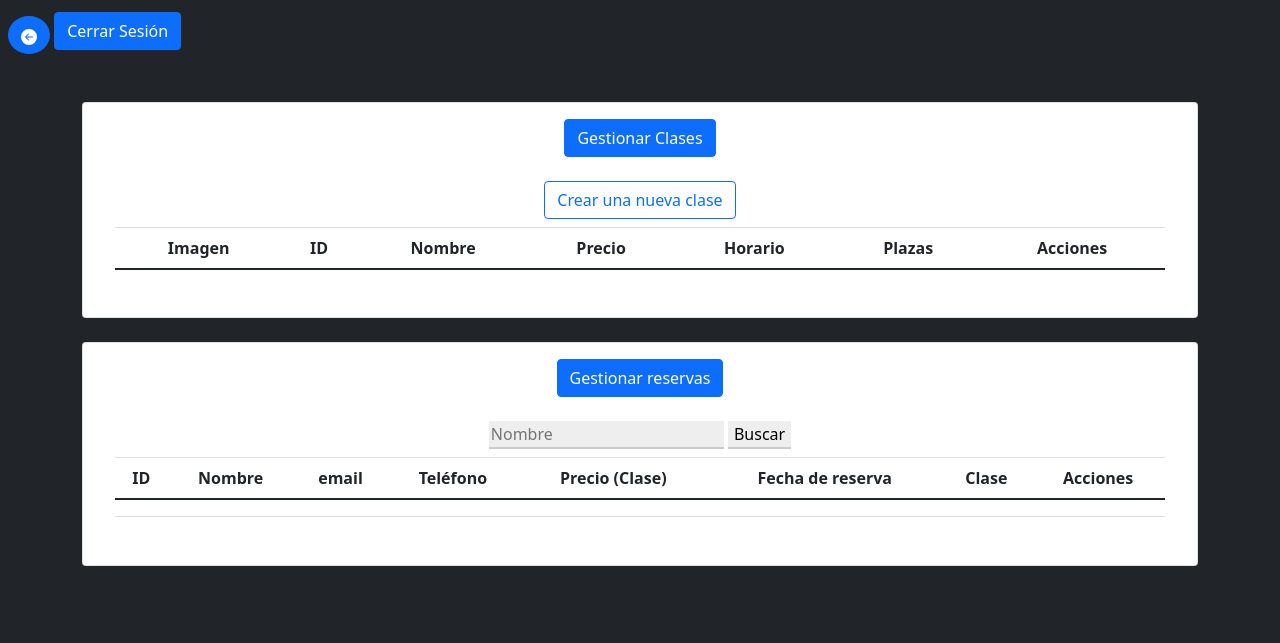
Repository: gcvictor22/ProyectoFinal1DAM
Page: http://localhost/gestionar
An editor plug-in stored every save of this project. The page is shown before and after the next save, followed by the edit.
The browser window is 1280 px wide. The pictures show the whole page.
The page is this project's Thymeleaf template; nobody is signed in. The template is opened directly, without the code that normally fills it, so the values that code supplies are empty.

Above is the page before, as saved 2022-06-01 06:35:29.
Console error: TypeError: Cannot read properties of null (reading 'style')

### ProyectoFinalSTS/src/main/resources/templates/gestionar.html
<!DOCTYPE html>
<html lang="es" xmlns:th="http://www.thymeleaf.org" xmlns:sec="http://www.thymeleaf.org/extras/spring-security">

<head>
	<meta charset="UTF-8">
	<meta http-equiv="X-UA-Compatible" content="IE=edge">
	<meta name="viewport" content="width=device-width, initial-scale=1.0">
	<title>Fit&Go · Gestionar</title>
	<link rel="icon" class="rounded" href="../img/FIT&GO.png">
	<!-- CSS only -->
	<link href="https://cdn.jsdelivr.net/npm/bootstrap@5.1.3/dist/css/bootstrap.min.css" rel="stylesheet"
		integrity="sha384-1BmE4kWBq78iYhFldvKuhfTAU6auU8tT94WrHftjDbrCEXSU1oBoqyl2QvZ6jIW3" crossorigin="anonymous">
	<!-- JavaScript Bundle with Popper -->
	<script src="https://cdn.jsdelivr.net/npm/bootstrap@5.1.3/dist/js/bootstrap.bundle.min.js"
		integrity="sha384-ka7Sk0Gln4gmtz2MlQnikT1wXgYsOg+OMhuP+IlRH9sENBO0LRn5q+8nbTov4+1p" crossorigin="anonymous">
		</script>
	<link rel="stylesheet" href="../css/index.css">
</head>

<body class="bg-dark p-2" id=bodyGestionar>
	<header class="w-100">
		<a class="btn btn-primary rounded-circle sticky-top mt-2" th:href="@{/inicio}">
			<svg xmlns="http://www.w3.org/2000/svg" width="16" height="16" fill="currentColor"
				class="bi bi-arrow-left-circle-fill mx-0" viewBox="0 0 16 16">
				<path
					d="M8 0a8 8 0 1 0 0 16A8 8 0 0 0 8 0zm3.5 7.5a.5.5 0 0 1 0 1H5.707l2.147 2.146a.5.5 0 0 1-.708.708l-3-3a.5.5 0 0 1 0-.708l3-3a.5.5 0 1 1 .708.708L5.707 7.5H11.5z" />
			</svg>
		</a>
		<a href="registro.html" th:href="@{/logout}" class="btn btn-primary float-right">Cerrar Sesión</a>
	</header>
	<main>
		<div class="container rounded mt-5">
			<div id="accordion">
				<div class="card p-3 overflow-auto">
					<div class="mx-auto">
						<a class="btn btn-primary" data-bs-toggle="collapse" href="#collapseOne">
							Gestionar Clases
						</a>
					</div>
					<div id="collapseOne" class="collapse show" data-bs-parent="#accordion">
						<div class="card-body">
							<table class="table text-center p-4 bg-white" id="tablaClases">
								<thead>
									<tr>
										<td colspan="7"><a href="formularioCrearEditar.html"
												th:href="@{/gestionar/nueva-clase}"
												class="btn btn-outline-primary mx-auto">Crear una nueva clase</a></td>
									</tr>
									<tr>
										<th scope="col">Imagen</th>
										<th scope="col uppercase">ID</th>
										<th scope="col">Nombre</th>
										<th scope="col">Precio</th>
										<th scope="col">Horario</th>
										<th scope="col">Plazas</th>
										<th scope="col">Acciones</th>
									</tr>
								</thead>
								<tbody>
									<tr>

									</tr>
									<tr th:each="claseGym : ${lista}">
										<td class="w-25"><img src="../img/clasespinning.png"
												th:src="${claseGym.imgClase}" class="rounded w-25" alt=""></td>
										<th scope="row" th:text="${claseGym.id}">1</th>
										<td th:text="${claseGym.nombreClase}">Spinning</td>
										<td th:text="${claseGym.precio}">5.99€</td>
										<td th:text="${claseGym.horario}">12:30-13:30</td>
										<td th:text="${claseGym.plazas}">15</td>
										<td>
											<div class="container-fluid mx-auto row">
												<div class="col-lg-2 col-sm-6"></div>
												<a class="btn btn-outline-primary col-lg-3"
													th:href="@{/gestionar/editar/{id}(id=${claseGym.id})}">Editar</a>
												<div class="col-lg-2 col-sm-0"></div>
												<a type="button" class="btn btn-danger col-lg-3" data-bs-toggle="modal"
													data-bs-target="#myModal"
													th:attr="data-bs-target='#myModal'+${claseGym.id}">
													Eliminar
												</a>
												<!-- The Modal -->
												<div class="modal" id="myModal" th:id="'myModal'+${claseGym.id}">
													<div class="modal-dialog">
														<div class="modal-content">

															<!-- Modal Header -->
															<div class="modal-header">
																<h4 class="modal-title">¡Alerta!</h4>
																<button type="button" class="btn-close"
																	data-bs-dismiss="modal"></button>
															</div>

															<!-- Modal body -->
															<div class="modal-body">
																¿Estas seguro que quieres borrar la clase?
															</div>

															<!-- Modal footer -->
															<div class="modal-footer">
																<button type="button" class="btn btn-warning"
																	data-bs-dismiss="modal">Cancelar</button>
																<a th:href="@{/borrar-clase/{id}(id=${claseGym.id})}"
																	class="btn btn-danger">Eliminar</a>
															</div>

														</div>
													</div>
												</div>
												<div class="col-lg-2 col-sm-0"></div>
											</div>
										</td>
									</tr>
								</tbody>
							</table>
						</div>
					</div>
				</div>
				<br>
				<div class="card p-3 overflow-auto">
					<div class="mx-auto">
						<a class="collapsed btn btn-primary" data-bs-toggle="collapse" href="#collapseTwo">
							Gestionar reservas
						</a>
					</div>
					<div id="collapseTwo" class="collapse show" data-bs-parent="#accordion">
						<div class="card-body">
							<table class="table text-center p-4 bg-white" id="tablaReservas">
								<thead>
									<tr>
										<td colspan="8">
											<form method="GET" th:action="@{/buscar}">
												<input type="search" placeholder="Nombre" name="nombre" id="nombre"
													th:value="${param.nombre}" />
												<input type="submit" value="Buscar" />
											</form>
										</td>
									</tr>
									<tr>
										<th scope="col uppercase">ID</th>
										<th scope="col">Nombre</th>
										<th scope="col">email</th>
										<th scope="col">Teléfono</th>
										<th scope="col">Precio (Clase)</th>
										<th scope="col">Fecha de reserva</th>
										<th scope="col">Clase</th>
										<th scope="col">Acciones</th>
									</tr>
								</thead>
								<tbody>
									<tr th:each="reserva : ${reservas}">
										<th scope="row" th:text="${reserva.id}">1</th>
										<td th:text="${reserva.nombreUsuario}">Víctor González Carro</td>
										<td th:text="${reserva.email}">victorgonzaleztr22@gmail.com</td>
										<td th:text="${reserva.tel}">684318827</td>
										<td th:text="${#numbers.formatCurrency(reserva.clase.precio)}">5.99€</td>
										<td th:text="${#temporals.format(reserva.fechaReserva)}">17-5-2022</td>
										<td th:text="${reserva.clase.nombreClase}">Spinning</td>
										<td>
											<div class="container-fluid mx-auto row">
												<div class="col-lg-2 col-sm-0"></div>
												<a class="btn btn-danger col-lg" data-bs-toggle="modal"
													data-bs-target="#myModal"
													th:attr="data-bs-target='#myModal2'+${reserva.id}">Eliminar
												</a>
												<!-- The Modal -->
												<div class="modal" id="myModal2" th:id="'myModal2'+${reserva.id}">
													<div class="modal-dialog">
														<div class="modal-content">

															<!-- Modal Header -->
															<div class="modal-header">
																<h4 class="modal-title">¡Alerta!</h4>
																<button type="button" class="btn-close"
																	data-bs-dismiss="modal"></button>
															</div>

															<!-- Modal body -->
															<div class="modal-body">
																¿Estas seguro que quieres borrar la reserva?
															</div>

															<!-- Modal footer -->
															<div class="modal-footer">
																<button type="button" class="btn btn-warning"
																	data-bs-dismiss="modal">Cancelar</button>
																<a th:href="@{/borrar-reserva/{id}(id=${reserva.id})}"
																	class="btn btn-danger">Eliminar</a>
															</div>

														</div>
													</div>
												</div>
												<div class="col-lg-2 col-sm-0"></div>
											</div>
										</td>
									</tr>
									<tr class="text-center">
										<td colspan="8" th:text="${precios}"></td>
									</tr>
								</tbody>
							</table>
						</div>
					</div>
				</div>
			</div>
		</div>
	</main>
	<script src="../js/index.js"></script>
</body>

</html>

### ProyectoFinalSTS/src/main/resources/static/css/index.css
body {
  background-attachment: fixed;
  background-size: cover;
}

#barra {
  width: 0;
  height: 5px;
}

#barragris {
  height: 5px;
}

#icono1 {
  width: 30px;
  height: 30px;
  border-radius: 50%;
  background-color: gray;
  margin-left: 0;
  text-align: center;
}

#icono2 {
  width: 30px;
  height: 30px;
  border-radius: 50%;
  background-color: gray;
  transition: all 0.5s;
  text-align: center;
}

#icono3 {
  width: 30px;
  height: 30px;
  border-radius: 50%;
  background-color: gray;
  transition: all 0.5s;
  text-align: center;
}

.iconos {
  width: 50%;
  margin-top: -17.5px;
}

#seccion1,
#seccion2,
#seccion3 {
  width: 90%;
  height: 350px;
}

#seccion2,
#seccion3 {
  visibility: hidden;
  margin-top: -350px;
}

#atras {
  visibility: hidden;
}

#enviar {
  visibility: hidden;
}

p {
  text-align: justify;
}

input {
  border: 0;
  border-bottom: 2px solid #caccce;
  background-color: #eee;
}

input:focus {
  border-bottom: 2px solid #0d6efd;
  transition: all 0.2s ease-in-out;
  outline: 0;
}

#atras,
#siguiente,
#enviar {
  transition: all 0s;
}

p {
  background: #caccce;
}

#cajaInicio {
  margin-top: 275px;
}

#bodyReservaClase{
	background-image:url(../img/fondocontacto.jpg);
}

@media screen and (min-width: 1000px) {
  #bodyRegistro {
    margin-top: 10px;
    padding: 40px;
  }

  #cajaBotonesIniReg {
    width: 45%;
  }

  #cajaInicio {
    width: 30%;
  }

  #cajaFormulario {
    margin: auto;
    width: 50%;
  }

  #formularioRegistro {
    width: 75%;
  }

  #formularioCrear, #formularioReservar{
    width: 50%;
    padding: 20px;
  }
}

@media screen and (max-width: 575px) {
  #bodyRegistro {
    padding: 0;
  }

  #cajaBotonesIniReg {
    margin-top: 25px;
  }

  .brQuitarSM {
    display: none;
  }

  #cajaInicio {
    width: 80%;
  }

  #logoIndex {
    width: 75%;
  }

  #indexfooter {
    width: 100%;
  }

  #cajaFormulario {
    width: 80%;
    margin: 0 auto;
  }

  #formularioRegistro {
    width: 100%;
  }

  #seccion1,
  #seccion2,
  #seccion3 {
    width: 90%;
    height: min-content;
  }

  #seccion1 {
    width: 100%;
  }

  #tablaClases, #tablaReservas{
	overflow-x: scroll;
	width:400px;
  }
}

.clases {
  background-color: white;
  height: 200px;
}

.barraLectura {
  top: 0;
  width: 100%;
  z-index: 1;
}

.progress-container {
  background-color: rgba(150, 150, 150, 0.6);
  height: 5px;
  width: 100%;
}

.progress-bar {
  background-color: #0d6efd;
  height: 5px;
  width: 0%;
}

tbody tr:hover{
  border: #0d6efd;
  transition: all 0.5s;
}

tbody td, tbody th{
  vertical-align: middle;
}

#bodyInicioSesion{
	background-image: url(../img/fondoinicio.jpg);
}

#formularioReserva{
	background-image: url(../img/bodyFormularioReserva.jpg);
    background-size: cover;
    background-repeat: no-repeat;
    background-attachment: fixed;
}

.arrows {
  width: 60px;
  height: 72px;
  left: 50%;
  bottom: 20px;
}

.arrows path {
  stroke: white;
  fill: transparent;
  stroke-width: 1px;
  animation: arrow 2s infinite;
  -webkit-animation: arrow 2s infinite;
}

@keyframes arrow {
  0% {
    opacity: 0;
  }
  40% {
    opacity: 1;
  }
  80% {
    opacity: 0;
  }
  100% {
    opacity: 0;
  }
}

@-webkit-keyframes arrow /*Safari and Chrome*/ {
  0% {
    opacity: 0;
  }
  40% {
    opacity: 1;
  }
  80% {
    opacity: 0;
  }
  100% {
    opacity: 0;
  }
}

.arrows path.a1 {
  animation-delay: -1s;
  -webkit-animation-delay: -1s; /* Safari 和 Chrome */
}

.arrows path.a2 {
  animation-delay: -0.5s;
  -webkit-animation-delay: -0.5s; /* Safari 和 Chrome */
}

.arrows path.a3 {
  animation-delay: 0s;
  -webkit-animation-delay: 0s; /* Safari 和 Chrome */
}

### ProyectoFinalSTS/src/main/resources/static/js/index.js


let width = 0;
let cont = 0;
let comprobacion = /^([\da-z_\.-]+)@([\da-z\.-]+)\.([a-z\.]{2,6})$/;

urlParams = new URLSearchParams(window.location.search);

if (urlParams.get('menu') == 'clases') {
    let desplegable1 = document.getElementById("collapseOne");
    desplegable1.className = 'collapse show'
}else if (urlParams.get('menu') == 'reservas'){
    let desplegable2 = document.getElementById("collapseTwo");
    desplegable2.className = 'collapse show'
}

function ampliar() {

    let barra = document.getElementById("barra");
    barra.style.width = width + '%';

    let div1 = document.getElementById("seccion1");
    let div2 = document.getElementById("seccion2");
    let div3 = document.getElementById("seccion3");

    let nom = document.getElementById("nombre").value;
    let ap1 = document.getElementById("apellido1").value;
    let ap2 = document.getElementById("apellido2").value;
    let pass = document.getElementById("contrasenha1").value;
    let pass2 = document.getElementById("contrasenha2").value;
    let tarj = document.getElementById("numTarjeta").value.charAt(12) + document.getElementById("numTarjeta").value.charAt(13)
        + document.getElementById("numTarjeta").value.charAt(14) + document.getElementById("numTarjeta").value.charAt(15);
    let correo = document.getElementById("correo").value;
    let telefono = document.getElementById("telefono").value;
    let fechaCad = document.getElementById("fechaCaducidad").value;
    let cvv = document.getElementById("cvv").value;


    let compNom = nom + " " + ap1 + " " + ap2;
    let compTarjeta = tarj;
    let compCorreo = correo;
    let compTelefono = telefono;

    document.getElementById("nombreObtenido").innerHTML = "Nombre: " + compNom;
    document.getElementById("tarjObtenido").innerHTML = "Tarjeta: **** **** **** " + compTarjeta;
    document.getElementById("correoObtenido").innerHTML = "Correo: " + compCorreo;
    document.getElementById("telObtenido").innerHTML = "Teléfono: " + compTelefono;

    if (nom.length == 0 || ap1.length == 0 || ap2.length == 0 || telefono.length == 0 || correo.length == 0 || pass.length == 0 || pass2.length == 0) {
        alert('Faltan datos por rellenar');

    } else if (telefono.length != 9) {
        alert('El teléfono introducido no cumple con el formato esperado');

    } else if (!comprobacion.exec(correo) && correo.length == 0) {
		alert('El correo introducido no es válido')

    } else if (pass !== pass2) {
        alert('Las contraseñas deben coincidir')

    } else if (cont == 0 && nom.length != 0 && ap1.length != 0 && ap2.length != 0 && telefono.length != 0 && correo.length != 0 && pass.length != 0 && pass2.length != 0) {
        cont++;
        width = 50;

        document.getElementById("icono2").className = 'bg-primary';

        div1.style.visibility = 'hidden';
        div2.style.visibility = 'visible';

        document.getElementById("atras").style.visibility = 'visible';

    } else if (tarj.length == 0 || fechaCad.length == 0 || cvv.length == 0) {
        alert('Faltan datos por rellenar o no estan completos');

    } else if (cont == 1 && tarj.length != 0 && fechaCad.length != 0 && cvv.length != 0) {
        cont++;
        width = 100;

        document.getElementById("icono3").className = 'bg-primary';

        div2.style.visibility = 'hidden';
        div3.style.visibility = 'visible';

        document.getElementById("siguiente").style.visibility = 'hidden';
        document.getElementById("enviar").style.visibility = 'visible';
    }
    barra.style.width = width + '%';
}

function reducir() {
    let barra = document.getElementById("barra");
    barra.style.width = width + '%';

    let div1 = document.getElementById("seccion1");
    let div2 = document.getElementById("seccion2");
    let div3 = document.getElementById("seccion3");

    if (cont == 2) {
        cont--;
        width = 50;

        document.getElementById("icono3").className = '';

        div3.style.visibility = 'hidden';
        div2.style.visibility = 'visible';

        document.getElementById("atras").style.visibility = 'visible';

        document.getElementById("siguiente").style.visibility = 'visible';
        document.getElementById("enviar").style.visibility = 'hidden';

    } else if (cont == 1) {
        cont--;
        width = 0;

        document.getElementById("icono2").className = '';

        div2.style.visibility = 'hidden';
        div1.style.visibility = 'visible';

        document.getElementById("atras").style.visibility = 'hidden';
    }
    barra.style.width = width + '%';
}

function progressBarScroll() {
    let winScroll = document.body.scrollTop || document.documentElement.scrollTop,
        height =
            document.documentElement.scrollHeight -
            document.documentElement.clientHeight,
        scrolled = (winScroll / height) * 100;
    document.getElementById("progressBar").style.width = scrolled + "%";
}

window.onscroll = function () {
    progressBarScroll();
};

After the next save:
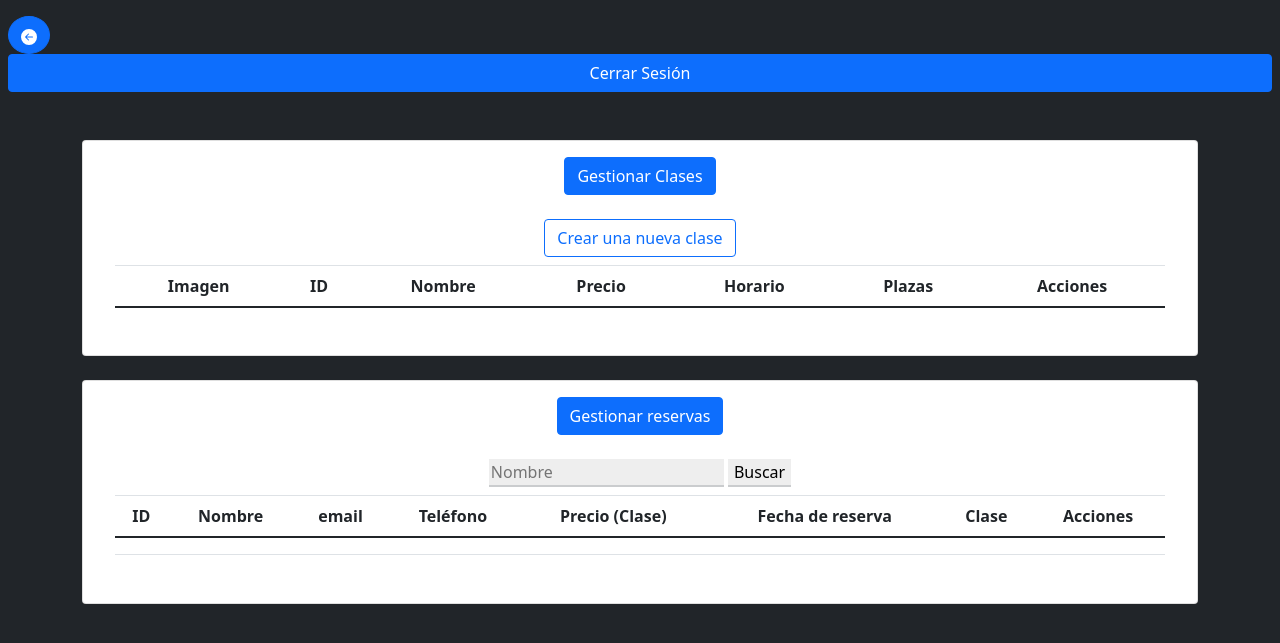
Saved 51 s later.
--- a/ProyectoFinalSTS/src/main/resources/templates/gestionar.html
+++ b/ProyectoFinalSTS/src/main/resources/templates/gestionar.html
@@ -26,7 +26,7 @@
 					d="M8 0a8 8 0 1 0 0 16A8 8 0 0 0 8 0zm3.5 7.5a.5.5 0 0 1 0 1H5.707l2.147 2.146a.5.5 0 0 1-.708.708l-3-3a.5.5 0 0 1 0-.708l3-3a.5.5 0 1 1 .708.708L5.707 7.5H11.5z" />
 			</svg>
 		</a>
-		<a href="registro.html" th:href="@{/logout}" class="btn btn-primary float-right">Cerrar Sesión</a>
+		<a href="registro.html" th:href="@{/logout}" class="btn btn-primary float-right d-block">Cerrar Sesión</a>
 	</header>
 	<main>
 		<div class="container rounded mt-5">
